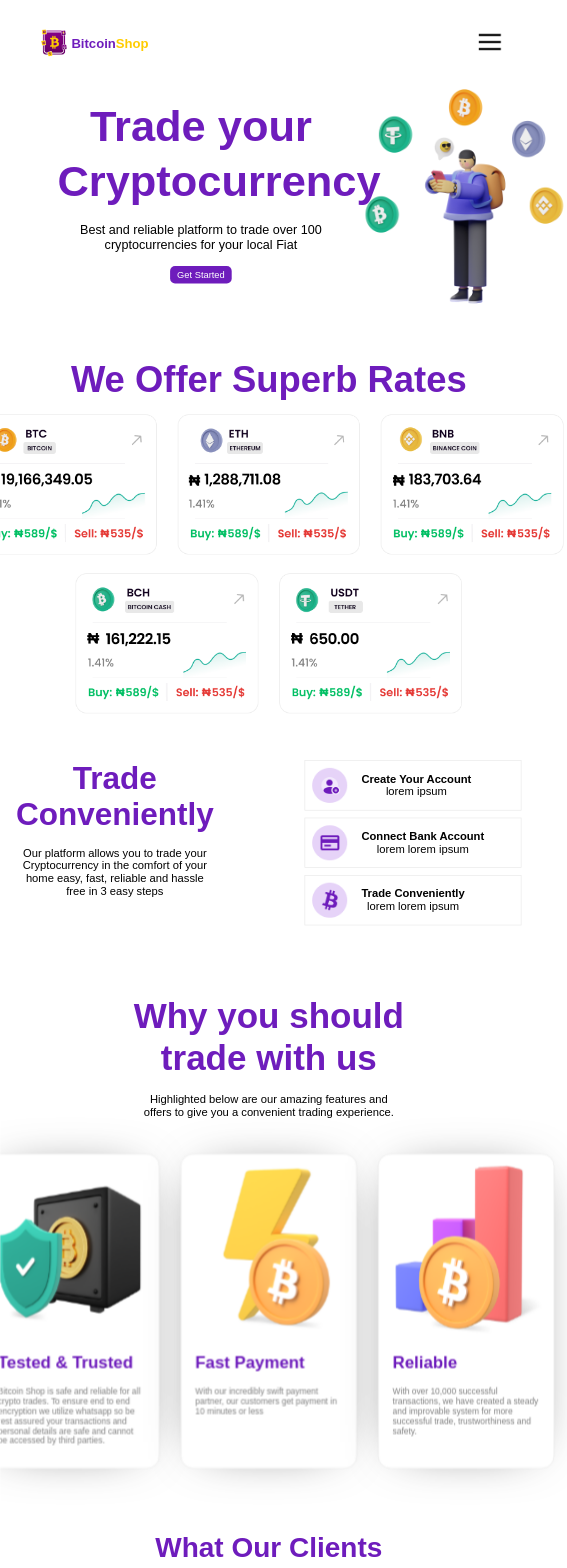
Repository: akinmiday/bitcoinshop-website
Page: /
An editor plug-in stored every save of this project. The page is shown before and after the next save, followed by the edit.
The browser window is 768 px wide. The page is 810 px wide, so the pictures cover 810 px, including what lies to the right of the window. The pictures show the part of the page from y = 0 to 2240 px (the page is 3084 px tall), at 70% of full size.
The project was rebuilt for these pictures with package versions that can differ from the ones it lists, and the page was loaded fresh each time. Also part of the build but not shown: vite.config.js.

Above is the page before, as saved 2023-07-12 05:44:44.

After the next save:
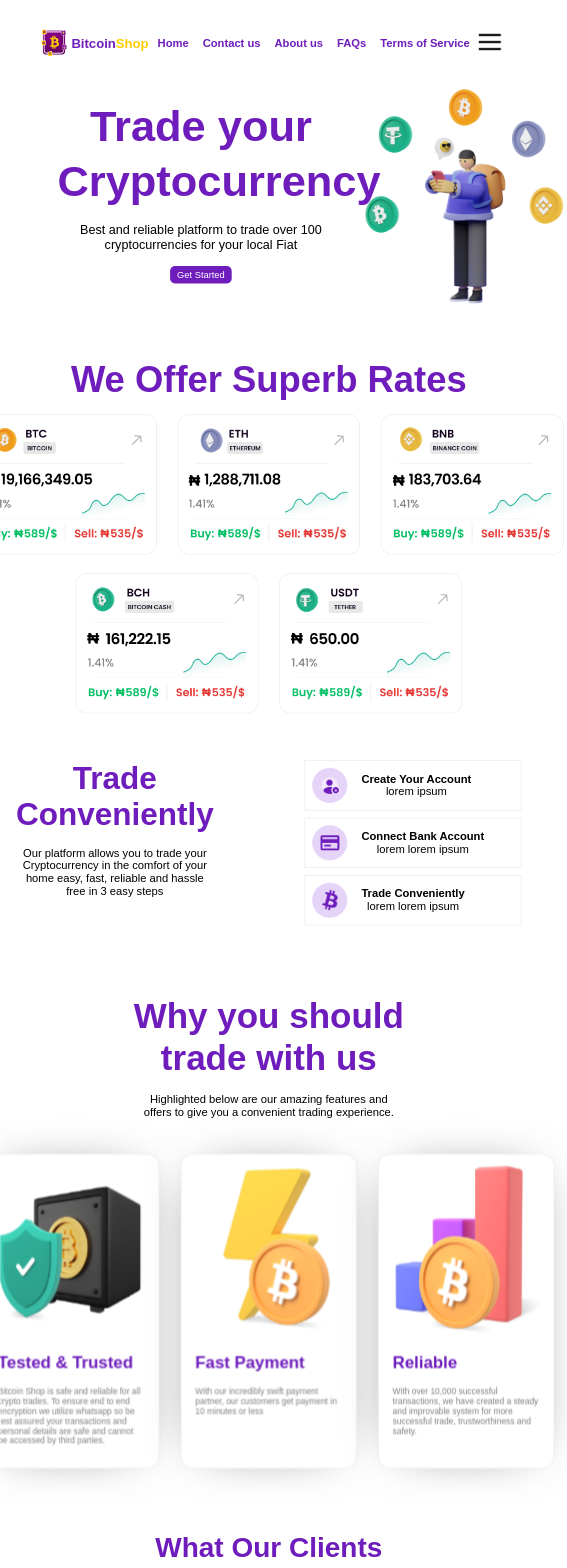
Saved 11 s later.
--- a/src/index.css
+++ b/src/index.css
@@ -378,6 +378,8 @@
   border: none;
 }
 
+.left-side-header > h1
+
 .middle-section-header{
   display: none;
 }

After the 3 saves that followed:
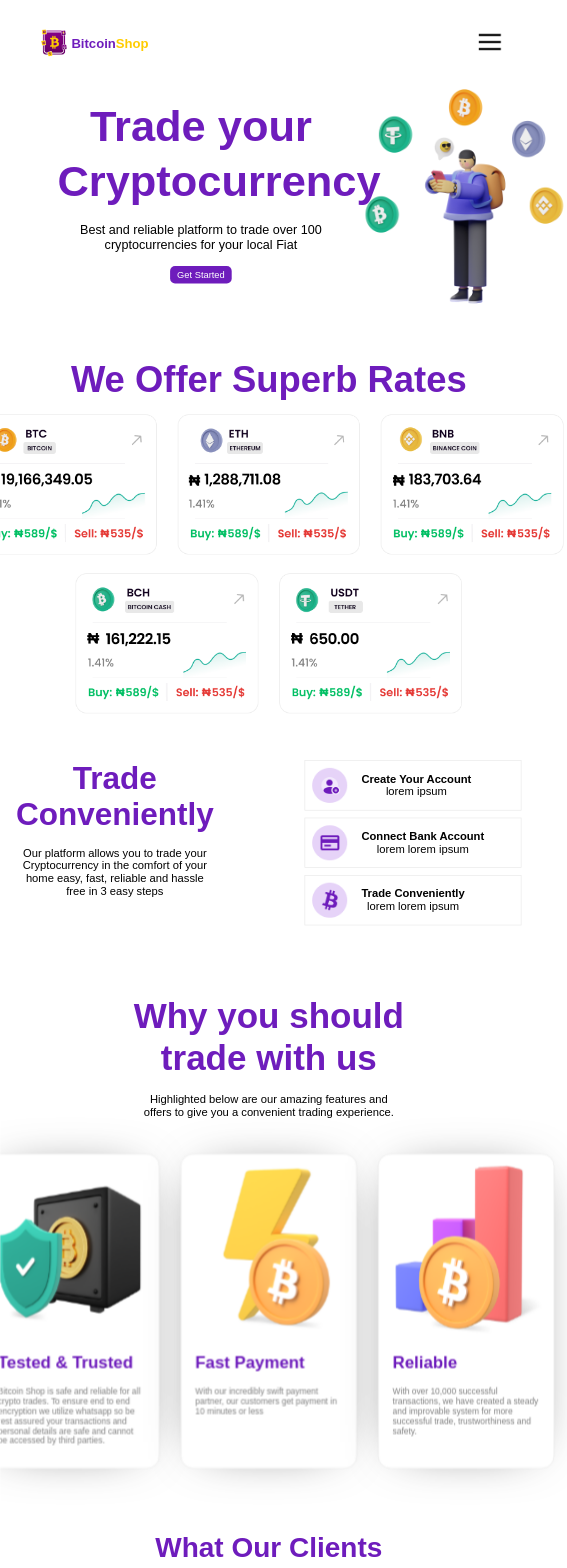
The 3 saves are shown as one change because 2 left the picture as it was.
The last was saved 38 s later.
--- a/src/index.css
+++ b/src/index.css
@@ -378,7 +378,6 @@
   border: none;
 }
 
-.left-side-header > h1
 
 .middle-section-header{
   display: none;
